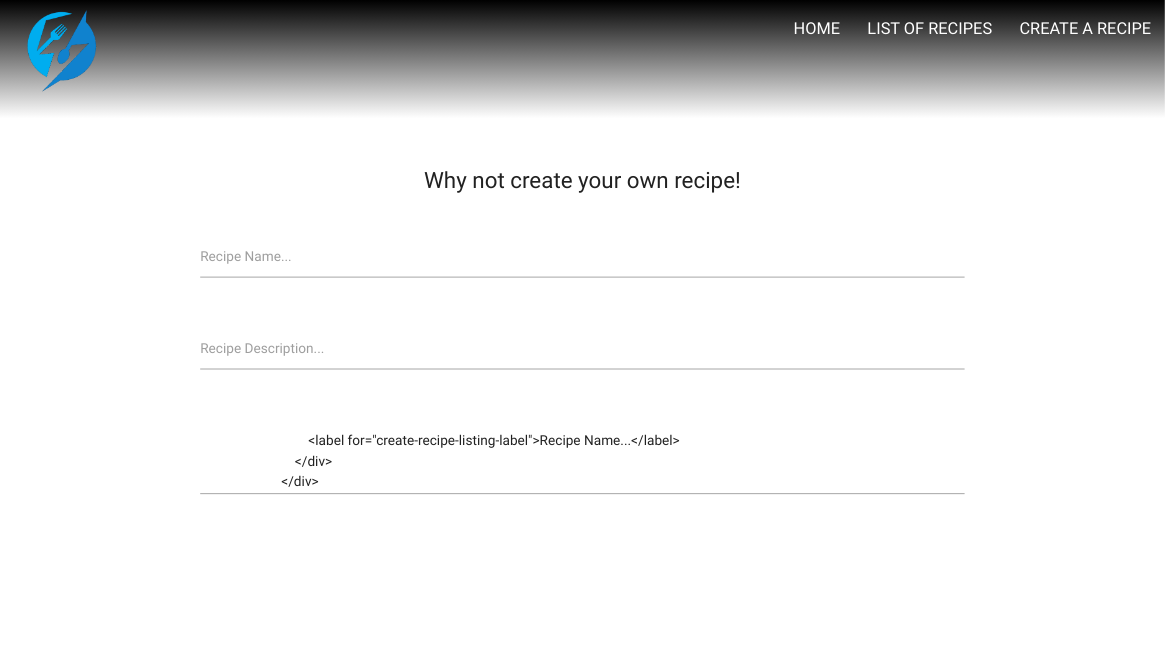
Repository: CharlieJT/Recipes
Page: http://localhost/create_recipe
The author's editor kept a record of every edit. The page is drawn from the files as they stood at one moment, then again after the next edit.
The browser window is 1280 px wide. The pictures show the whole page, at 91% of full size.
Some web libraries are served in a nearby version. The page is served by the project's application, run on Flask 3 (app.py).

Above is the page before.

After the next edit:
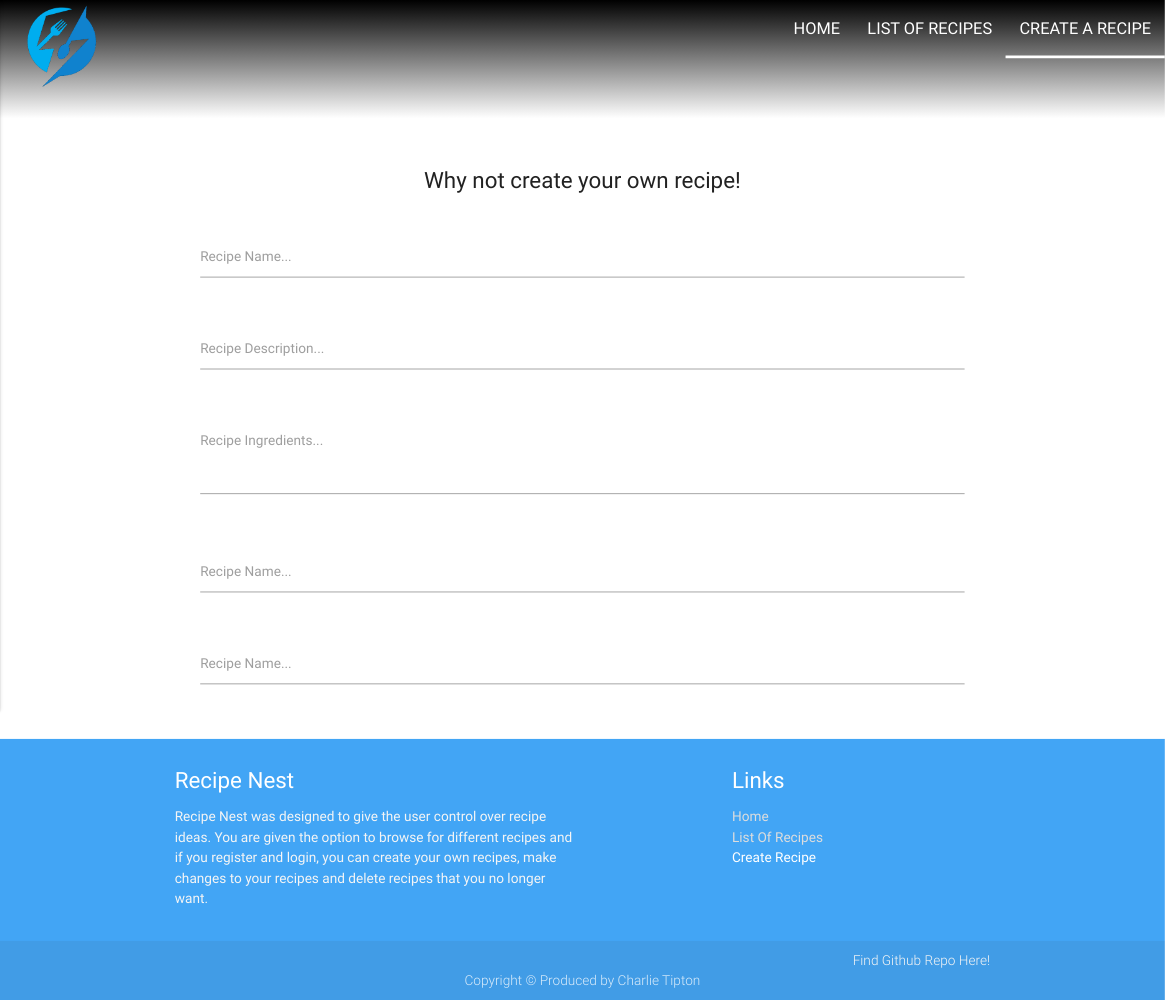
The edit:
--- a/templates/create-recipe.html
+++ b/templates/create-recipe.html
@@ -36,8 +36,8 @@
                         </div>
                         <div class="row recipe-name-input-row">
                             <div class="input-field col s12">
-                                <textarea id="create-recipe-listing" type="text" class="validate w-100 materialize-textarea">
-                                <label for="create-recipe-listing-label">Recipe Name...</label>
+                                <textarea id="create-recipe-listing" type="text" class="validate w-100 materialize-textarea" ></textarea>
+                                <label for="create-recipe-listing-label">Recipe Ingredients...</label>
                             </div>
                         </div>
                         <div class="row recipe-name-input-row">
